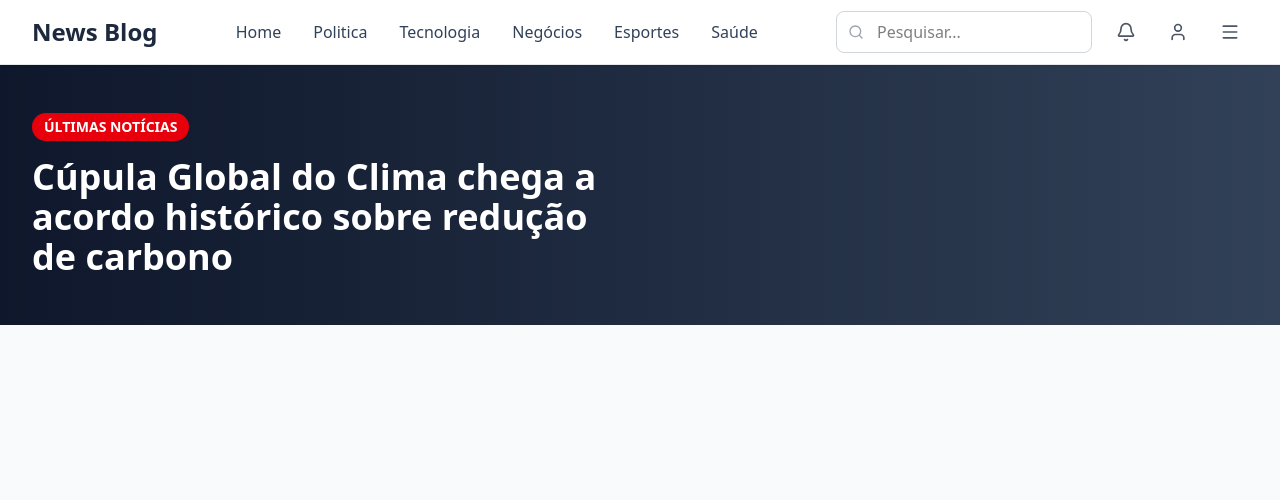
Repository: estevam02009/news-blog
Page: /
These files come from the project's save history. The page is drawn as it stood at one moment and after the next save; the edit follows.
The browser window is 1280 px wide. The pictures show the whole page.
The project was rebuilt for these pictures with package versions that can differ from the ones it lists, and the page was loaded fresh each time. Also part of the build but not shown: vite.config.ts.

Above is the page before, as saved 2025-08-08 18:31:44.

After the next save:
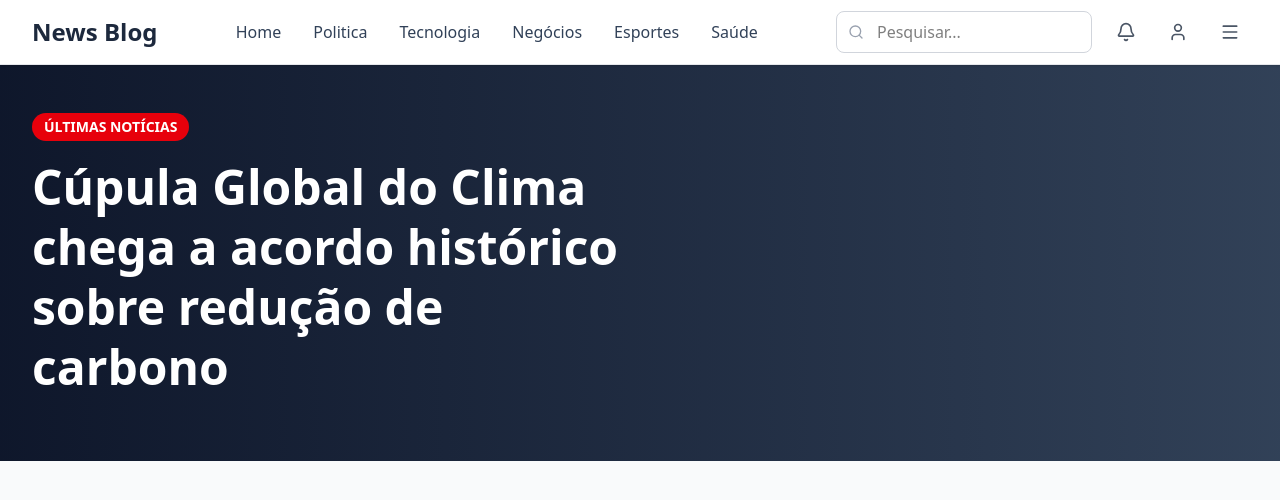
Saved 41 s later.
--- a/src/components/Hero.tsx
+++ b/src/components/Hero.tsx
@@ -10,7 +10,7 @@ const Hero: React.FC = () => {
                         <span className="inline-block bg-red-600 text-white px-3 py-1 text-sm font-semibold rounded-full mb-4">
                             ÚLTIMAS NOTÍCIAS
                         </span>
-                        <h1 className="text-4xl font-bold">
+                        <h1 className="text-4xl lg:text-5xl font-bold mb-4 leading-tight">
                             Cúpula Global do Clima chega a acordo histórico sobre redução de carbono
                         </h1>
                     </div>
